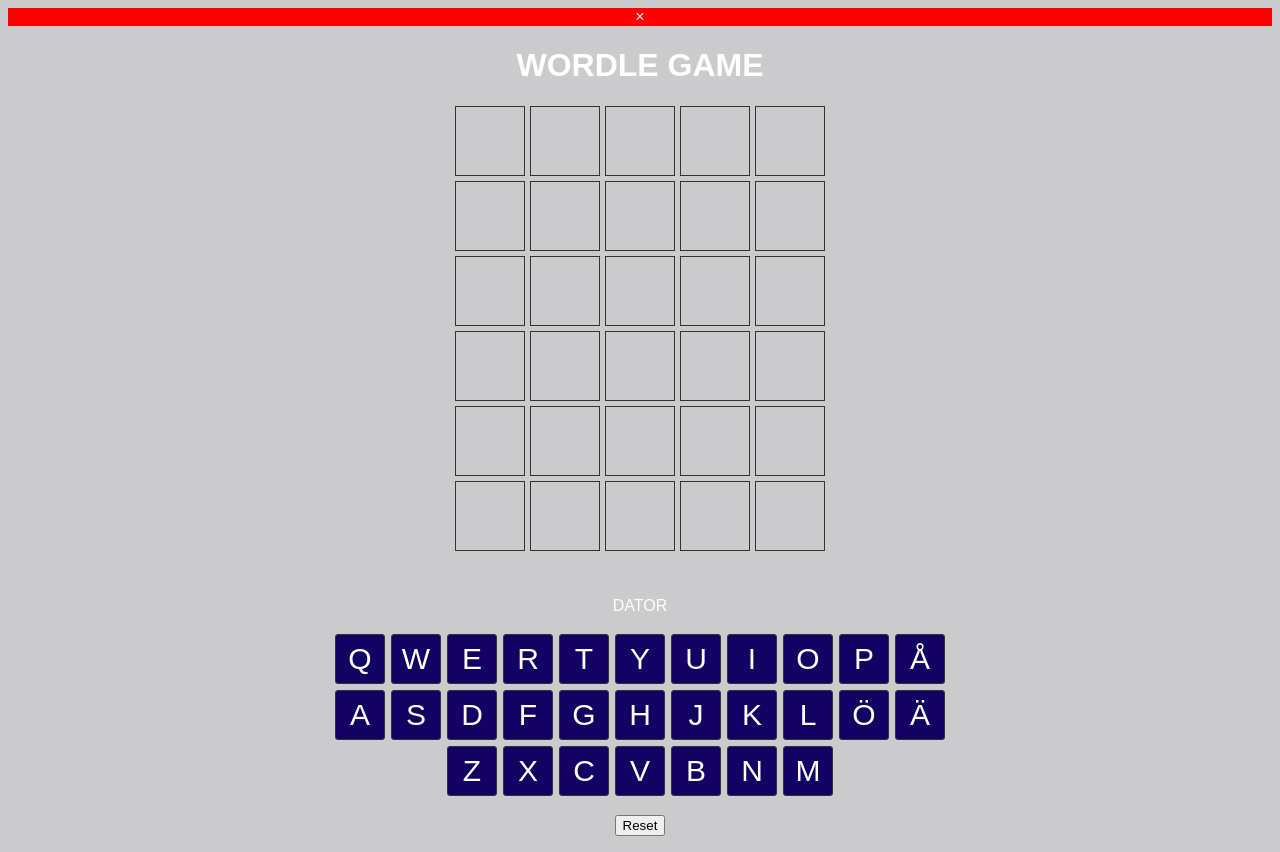
Repository: KarimIsaac/WorldeGame
Page: index.html
An editor plug-in stored every save of this project. The page is shown before and after a run of saves, followed by the edit.
The browser window is 1280 px wide. The pictures show the whole page.

Above is the page before, as saved 2022-03-13 07:40:34.

### index.html
<!DOCTYPE html>
<html lang="en">
<head>
    <meta charset="UTF-8">
    <meta http-equiv="X-UA-Compatible" content="IE=edge">
    <meta name="viewport" content="width=device-width, initial-scale=1.0">
    <title>Worlde Game</title>
    <link rel="stylesheet" href="style.css">
</head>
<body>
    <div class="alert">
        <span class="closebtn" onclick="this.parentElement.style.display='none';">&times;</span>

      </div>
    <h1>Wordle Game</h1>
    <div id="grid"></div>
    <p id="answer"></p>
    <div id="keyboard"></div>

    <p>
      <button onClick="init()">Reset</button>
      </o>

      <script src="script.js"></script>
</body>
</html>

### style.css
html,
body {
  text-align: center;
  background: rgb(203, 202, 204);
  color: white;
  text-transform: uppercase;
  font-family: sans-serif;
}

#grid {
  display: inline-grid;
  grid-template-rows: repeat(6, 70px);
  grid-template-columns: repeat(5, 70px);
  gap: 5px;
  margin-bottom: 30px;
}

#grid div {
  border: 1px solid #333;
  display: flex;
  align-items: center;
  justify-content: center;
  font-size: 40px;
}

#keyboard button {
  appearance: none;
  border: 1px solid #333;
  background: rgb(19, 1, 100);
  color: rgb(255, 255, 255);
  font-size: 30px;
  display: inline-block;
  width: 50px;
  height: 50px;
  line-height: 1;
  margin: 3px;
  text-transform: uppercase;
  border-radius: 3px;
}

.alert{
background-color: red;

}

### script.js
const grid = document.getElementById("grid");
const keyboard = document.getElementById("keyboard");

let answer = "";

const words = [
, "spela"
, "äpple"
, "hoppa"
, "dansa"
, "dator"
, "cykla"
, "skola"
, "TRÄNA"
];

let attempts = [];
let currentAttempt = "";

function drawGrid() {
  grid.innerHTML = "";

  for (i = 0; i < 6; i++) {
    for (j = 0; j < 5; j++) {
      const cell = document.createElement("div");
      grid.appendChild(cell);
    }
  }
}

function drawKeyboard() {
  keyboard.innerHTML = "";

  renderKeyboardRow("qwertyuiopå");
  renderKeyboardRow("asdfghjklöä");
  renderKeyboardRow("zxcvbnm");
}

function renderKeyboardRow(chars) {
  const row = document.createElement("div");

  for (const c of chars) {
    const key = document.createElement("button");
    key.textContent = c;
    key.onclick = () => playLetter(c);

    row.appendChild(key);
  }

  keyboard.appendChild(row);
}

function renderAttempts() {
  for (i = 0; i < attempts.length; i++) {
    const attempt = attempts[i];

    for (j = 0; j < 5; j++) {
      const letter = attempt[j];

      cell = grid.children[i * 5 + j];
      cell.textContent = letter;

      if (letter === answer[j]) {
        cell.style.backgroundColor = "green";
      } else if (answer.includes(letter)) {
        cell.style.backgroundColor = "#bfbf2e";
      } else {
        cell.style.backgroundColor = "#000";
      }
    }
  }
}

function renderCurrentAttempt() {
  for (i = 0; i < 5; i++) {
    const letter = currentAttempt[i] || "";

    cell = grid.children[attempts.length * 5 + i];
    cell.textContent = letter;
  }
}

function playLetter(letter) {
  currentAttempt = currentAttempt + letter;

  renderCurrentAttempt();
}

function handleInput(e) {
  const key = e.key.toLowerCase();

  if (key === "enter" && currentAttempt.length === 5) {
    attempts.push(currentAttempt);
    currentAttempt = "";

    renderAttempts();
  }

  if (key === "backspace" && currentAttempt.length) {
    const letters = currentAttempt.split("");
    letters.pop();
    currentAttempt = letters.join("");

    renderCurrentAttempt();
  }

  if (/^[a-z]$/.test(key) && currentAttempt.length < 5) {
    playLetter(key);
  }
}

function init() {
  attempts = [];
  currentAttempt = "";

  answer = words[Math.floor(Math.random() * words.length)];

  document.getElementById("answer").textContent = answer;

  drawGrid();
  drawKeyboard();

  renderAttempts();
  renderCurrentAttempt();

  document.removeEventListener("keydown", handleInput);
  document.addEventListener("keydown", handleInput);
}

init();

After the next 12 saves:
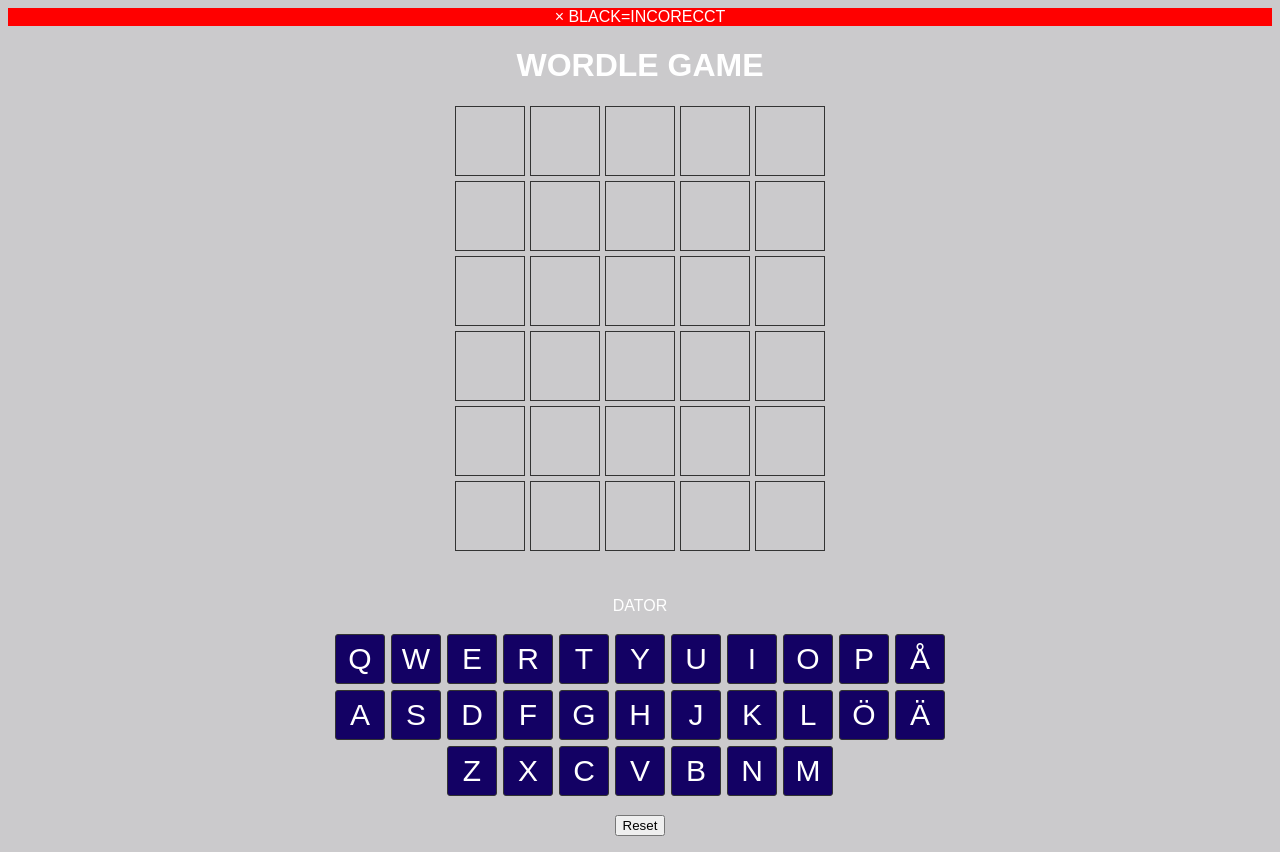
The 12 saves are shown as one change because they came seconds apart.
The last was saved 40 s later.
--- a/index.html
+++ b/index.html
@@ -10,7 +10,7 @@
 <body>
     <div class="alert">
         <span class="closebtn" onclick="this.parentElement.style.display='none';">&times;</span>
-
+      Black=incorecct
       </div>
     <h1>Wordle Game</h1>
     <div id="grid"></div>
